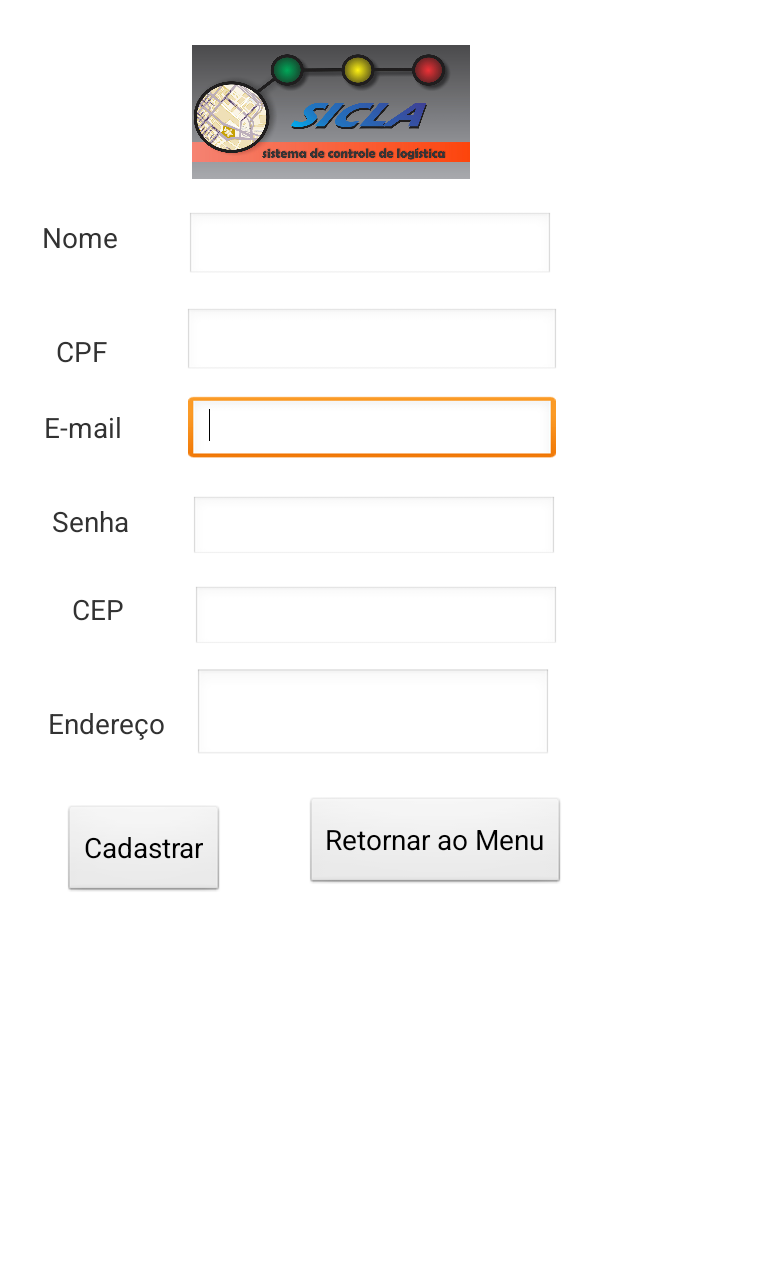
Repository: danielpedroza/SICLA
Layout: Sicla/res/layout/cadastrocliente.xml
An editor plug-in stored every save of this project. The layout is shown before and after the next save, followed by the edit.
It is drawn on a 768 x 1280 px phone screen (xhdpi) without system bars, with theme AppTheme; the app's code is not run.

Above is the layout before, as saved 2013-07-06 08:12:49.

After the next save:
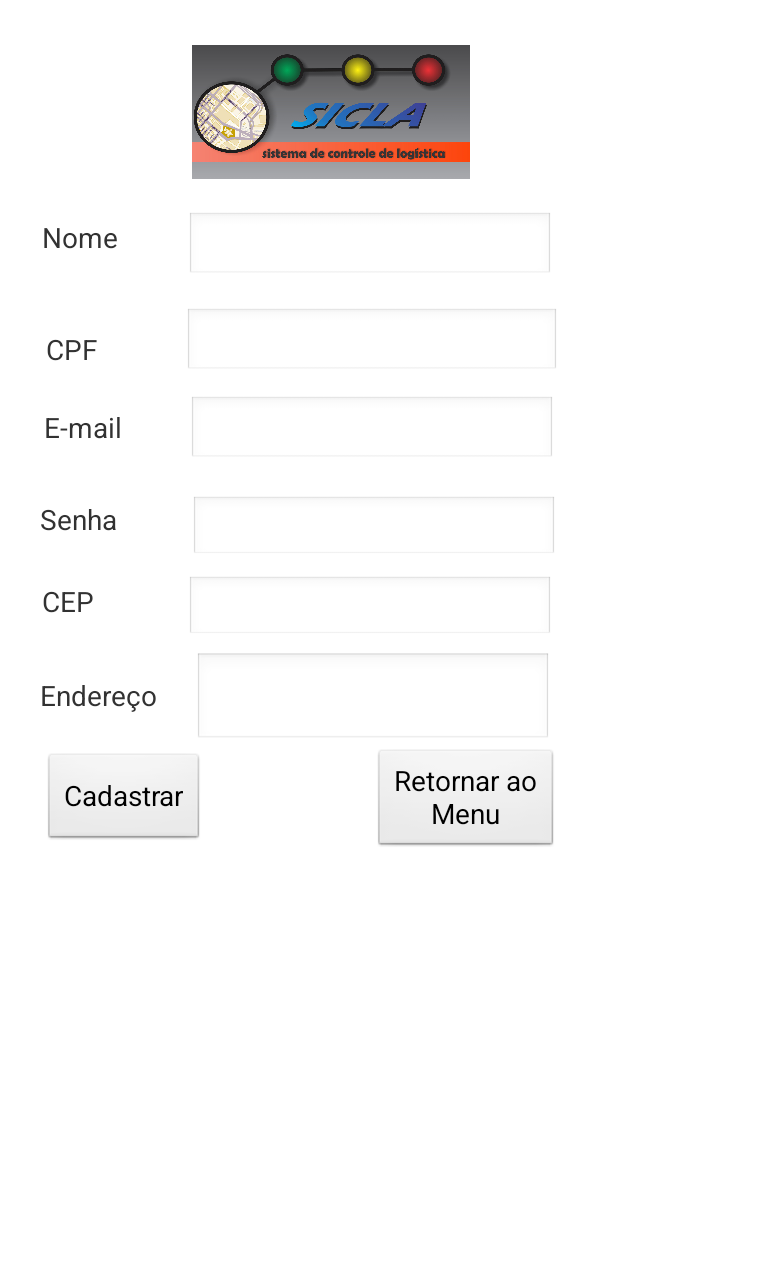
Saved 4 min 22 s later.
--- a/Sicla/res/layout/cadastrocliente.xml
+++ b/Sicla/res/layout/cadastrocliente.xml
@@ -18,6 +18,7 @@
     <AbsoluteLayout
         android:layout_width="match_parent"
         android:layout_height="match_parent"
+        android:layout_alignParentBottom="true"
         android:layout_centerHorizontal="true" >
 
         <ImageView
@@ -37,40 +38,6 @@
             android:text="Nome"
             android:textSize="14dp" />
 
-        <Button
-            android:id="@+id/button1"
-            android:layout_width="wrap_content"
-            android:layout_height="wrap_content"
-            android:layout_x="136dp"
-            android:layout_y="382dp"
-            android:text="Retornar ao Menu"
-            android:onClick="logincliente"/>
-
-        <EditText
-            android:id="@+id/editText5"
-            android:layout_width="179dp"
-            android:layout_height="wrap_content"
-            android:layout_x="81dp"
-            android:layout_y="318dp"
-            android:ems="10"
-            android:inputType="textPostalAddress" />
-
-        <TextView
-            android:id="@+id/TextView04"
-            android:layout_width="wrap_content"
-            android:layout_height="wrap_content"
-            android:layout_x="8dp"
-            android:layout_y="336dp"
-            android:text="Endereço" />
-
-        <TextView
-            android:id="@+id/TextView03"
-            android:layout_width="wrap_content"
-            android:layout_height="wrap_content"
-            android:layout_x="20dp"
-            android:layout_y="279dp"
-            android:text="CEP" />
-
         <EditText
             android:id="@+id/editText3"
             android:layout_width="184dp"
@@ -80,15 +47,6 @@
             android:ems="10"
             android:inputType="textPassword" />
 
-        <TextView
-            android:id="@+id/TextView02"
-            android:layout_width="wrap_content"
-            android:layout_height="wrap_content"
-            android:layout_x="10dp"
-            android:layout_y="235dp"
-            android:text="Senha"
-            android:textSize="14dp" />
-
         <EditText
             android:id="@+id/editText2"
             android:layout_width="184dp"
@@ -96,19 +54,7 @@
             android:layout_x="78dp"
             android:layout_y="182dp"
             android:ems="10"
-            android:inputType="textEmailAddress" >
-
-            <requestFocus />
-        </EditText>
-
-        <EditText
-            android:id="@+id/editText4"
-            android:layout_width="184dp"
-            android:layout_height="32dp"
-            android:layout_x="80dp"
-            android:layout_y="277dp"
-            android:ems="10"
-            android:inputType="number" />
+            android:inputType="textEmailAddress" />
 
         <TextView
             android:id="@+id/TextView01"
@@ -128,14 +74,6 @@
             android:ems="10"
             android:inputType="number" />
 
-        <TextView
-            android:id="@+id/textView2"
-            android:layout_width="wrap_content"
-            android:layout_height="wrap_content"
-            android:layout_x="12dp"
-            android:layout_y="150dp"
-            android:text="CPF" />
-
         <EditText
             android:id="@+id/editText1"
             android:layout_width="184dp"
@@ -144,14 +82,74 @@
             android:layout_y="90dp"
             android:ems="10" />
 
+        <EditText
+            android:id="@+id/editText5"
+            android:layout_width="179dp"
+            android:layout_height="wrap_content"
+            android:layout_x="81dp"
+            android:layout_y="310dp"
+            android:ems="10"
+            android:inputType="textPostalAddress" />
+
+        <EditText
+            android:id="@+id/editText4"
+            android:layout_width="184dp"
+            android:layout_height="32dp"
+            android:layout_x="77dp"
+            android:layout_y="272dp"
+            android:ems="10"
+            android:inputType="number" />
+
+        <Button
+            android:id="@+id/button2"
+            android:layout_width="94dp"
+            android:layout_height="wrap_content"
+            android:layout_x="170dp"
+            android:layout_y="358dp"
+            android:onClick="logincliente"
+            android:text="Retornar ao Menu" />
+
         <Button
             android:id="@+id/button2"
             android:layout_width="wrap_content"
             android:layout_height="wrap_content"
-            android:layout_x="15dp"
-            android:layout_y="386dp"
-            android:text="Cadastrar"
-            android:onClick="logincliente"/>
+            android:layout_x="5dp"
+            android:layout_y="360dp"
+            android:onClick="logincliente"
+            android:text="Cadastrar" />
+
+        <TextView
+            android:id="@+id/textView2"
+            android:layout_width="wrap_content"
+            android:layout_height="wrap_content"
+            android:layout_x="7dp"
+            android:layout_y="149dp"
+            android:text="CPF" />
+
+        <TextView
+            android:id="@+id/TextView02"
+            android:layout_width="wrap_content"
+            android:layout_height="wrap_content"
+            android:layout_x="4dp"
+            android:layout_y="234dp"
+            android:text="Senha"
+            android:textSize="14dp" />
+
+        <TextView
+            android:id="@+id/TextView03"
+            android:layout_width="wrap_content"
+            android:layout_height="wrap_content"
+            android:layout_x="5dp"
+            android:layout_y="275dp"
+            android:text="CEP" />
+
+        <TextView
+            android:id="@+id/TextView04"
+            android:layout_width="wrap_content"
+            android:layout_height="wrap_content"
+            android:layout_x="4dp"
+            android:layout_y="322dp"
+            android:text="Endereço" />
 
     </AbsoluteLayout>
 
